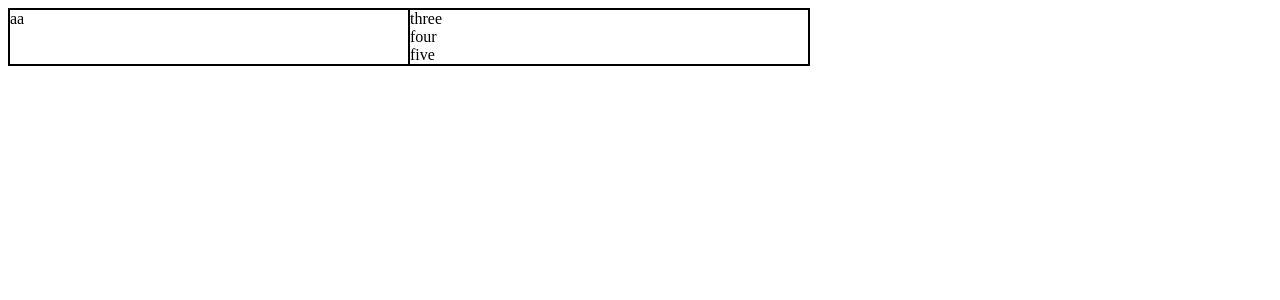
Repository: kpavankumaar/online_uk_class
Page: flex.html
An editor plug-in stored every save of this project. The page is shown before and after the next save, followed by the edit.
The browser window is 1280 px wide. The pictures show the whole page.

Above is the page before, as saved 2022-01-12 14:27:49.

After the next save:
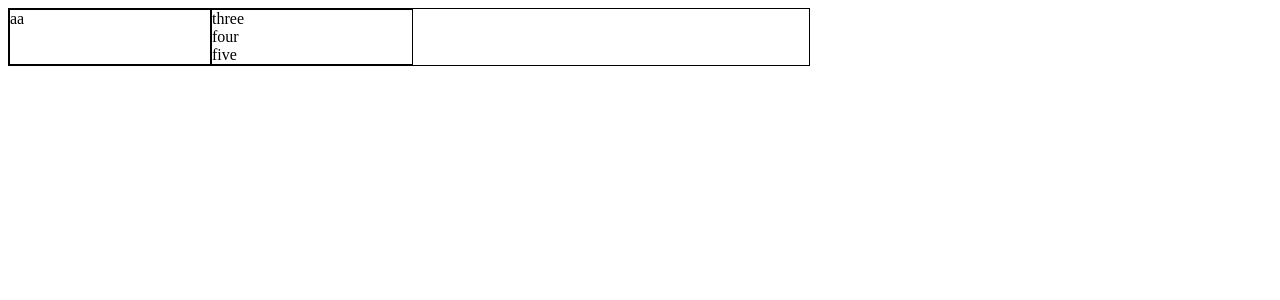
Saved 9 s later.
--- a/flex.html
+++ b/flex.html
@@ -15,8 +15,8 @@
         div.box{
             border:1px solid black;
             flex-basis: 200px;
-            flex-grow: 1;
-            flex-shrink: 0;
+            /* flex-grow: 1; */
+            /* flex-shrink: 0; */
             /* width:400px; */
         }
         .box1{
